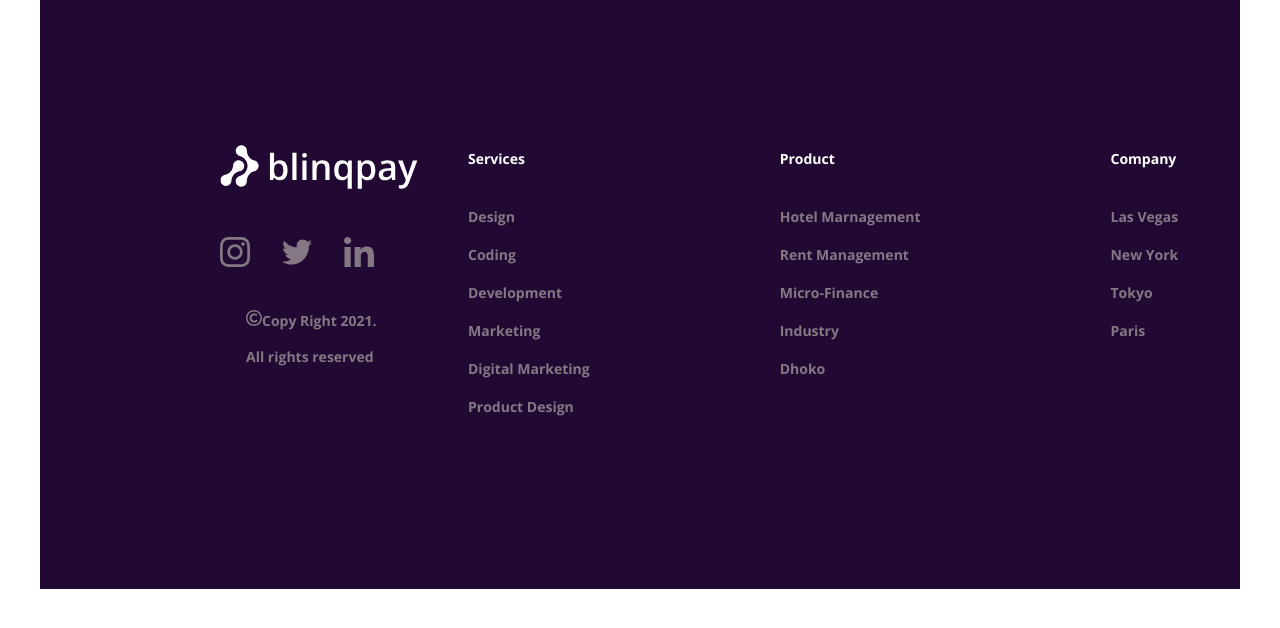
Repository: jabbarbergenoov/mobile-bling-py
Page: idnex.html
The author's editor kept a copy of each file at every save. The page is drawn from the files as they stood at one save, then again after the next save.
The browser window is 1280 px wide. The pictures show the whole page.

Above is the page before, as saved 2025-04-17 19:08:13.

After the next save:
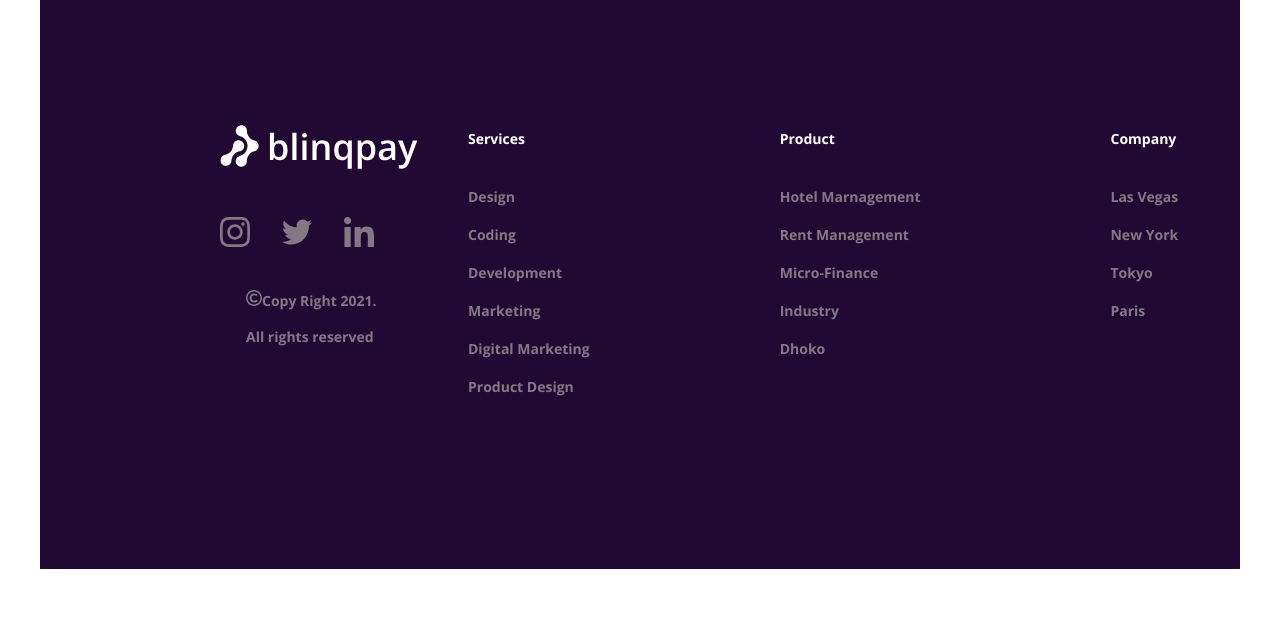
Saved 8 s later.
--- a/style/styl.css
+++ b/style/styl.css
@@ -13,7 +13,7 @@
     height: 689px;
     background: rgb(33, 9, 51);
     position: relative;
-    bottom: 100px;
+    bottom: 120px;
     display: flex;
     gap: 50px;
   }
